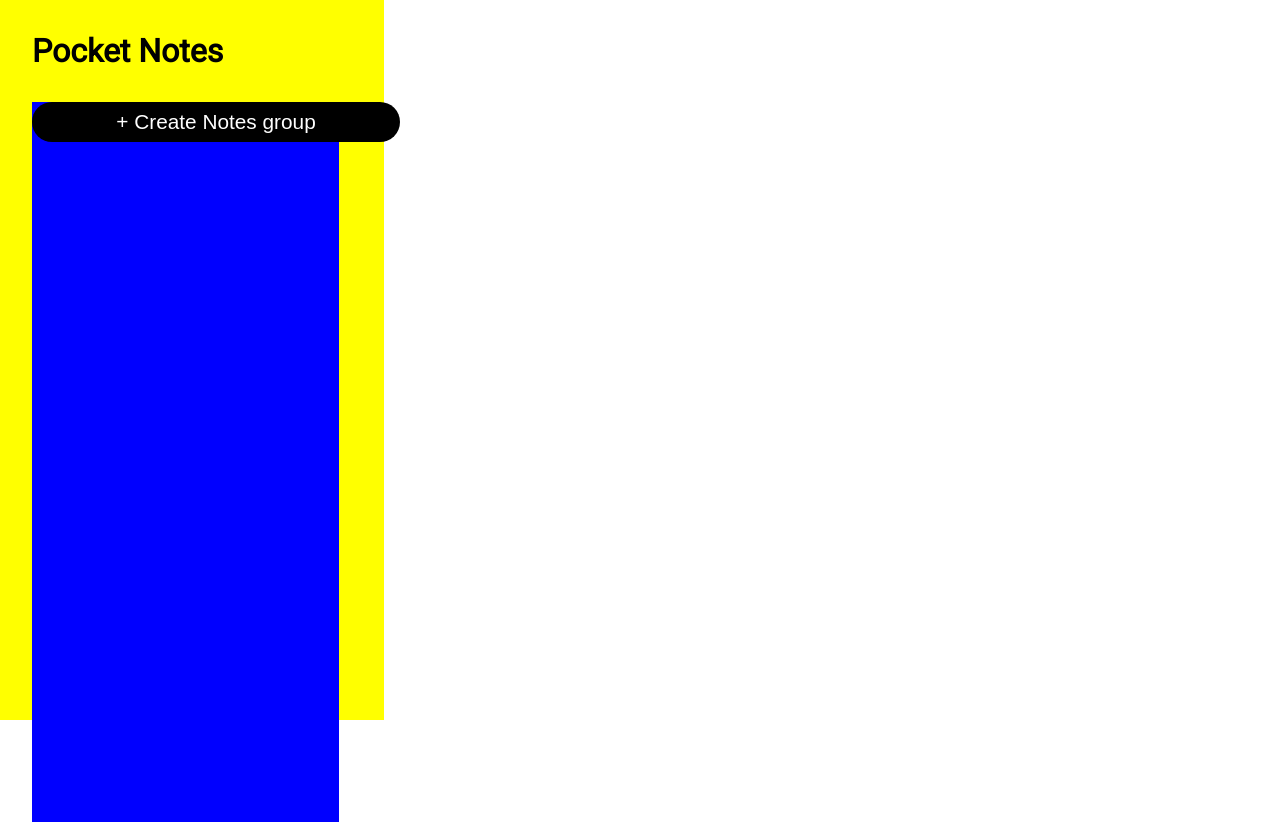
Repository: drumsmanku/react-module-test
Page: /
These files come from the project's save history. The page is drawn as it stood at one moment and after the next save; the edit follows.
The browser window is 1280 px wide. The pictures show the whole page.
The project was rebuilt for these pictures with package versions that can differ from the ones it lists, and the page was loaded fresh each time.

Above is the page before, as saved 2023-06-07 20:49:47.

### src/App.js
import './App.css';
import MainPage from './Components/MainPage';

function App() {
  return (
    <div className="App">
      <MainPage/>
    </div>
  );
}

export default App;

### src/Components/MainPage.js
import React from 'react';
import './MainPage.css';
import PopUp from './PopUp';
import { useEffect, useState } from 'react';

function MainPage() {
  const myGroups=JSON.parse(localStorage.getItem('group'));
  useEffect(()=>{
    console.log(myGroups)
  }, [])
  return (
    <div className='main-container'>
      <div className="first-compartment">
          <h1>Pocket Notes</h1>
          <div className='group-buttons'>
            <PopUp/>


          </div>
      </div>
      <div className="second-comartment">

      </div>
    </div>
  )
}

export default MainPage

### src/Components/MainPage.css
@import url('https://fonts.googleapis.com/css2?family=Roboto&display=swap');
body{
  font-family: 'Roboto';
}

.main-compartment{
  height: 100vh;
  width: 100vw;
}

.first-compartment{
  width: 30%;
  height: 100vh;
  background-color: yellow;
}

.first-compartment h1{
  margin: 0;
  text-align: left;
  padding: 2rem;
}
.group-buttons{
  height: inherit;
  width: 80%;
  background-color: blue;
  display: flex;
  flex-direction: column;
  align-items: flex-start;
  margin-left: 2rem;
}

### src/Components/PopUp.js
import React from "react";
import './PopUp.css'
import Popup from "reactjs-popup";
import "reactjs-popup/dist/index.css";
import { useState,useEffect } from "react";

function PopUp() {
  const [input, setInput]=useState("");
  const [group, setGroup] = useState([])
  const handleInputChange=(event)=>{
    setInput(event.target.value);
  }
  const handleButtonClick=()=>{
    setGroup([...group, input]);
    setInput('');
  }
  useEffect(() => {
    localStorage.setItem('group', JSON.stringify(group));
    const storedValue = localStorage.getItem('group');
    console.log(storedValue);
  }, [group]);

  return (
    <div>
      <Popup trigger={<button className="btn-1">+           Create Notes group </button>} modal nested>
        {(close) => (
          <div className="modal">
            <div className="content">Welcome to GFG!!!</div>
            <div>
              <button onClick={() => close()}>Close modal</button>
              <input type="text" onChange={handleInputChange} value={input} />
              <button onClick={handleButtonClick}>add</button>
            </div>
          </div>
        )}
      </Popup>
    </div>
  );
}

export default PopUp;

### src/Components/PopUp.css
@import url('https://fonts.googleapis.com/css2?family=Roboto&display=swap');

body{
  font-family: 'Roboto';
}

.btn-1{
  width: 23rem;
  height: 2.5rem;
  background-color: black;
  border: none;
  border-radius: 3rem;
  color: white;
  font-weight: 2rem;
  font-size: 1.3rem;
}

Loaded but not shown: public/index.html (common file); src/index.js (common file); src/index.css (common file); src/App.css (common file)

After the next save:
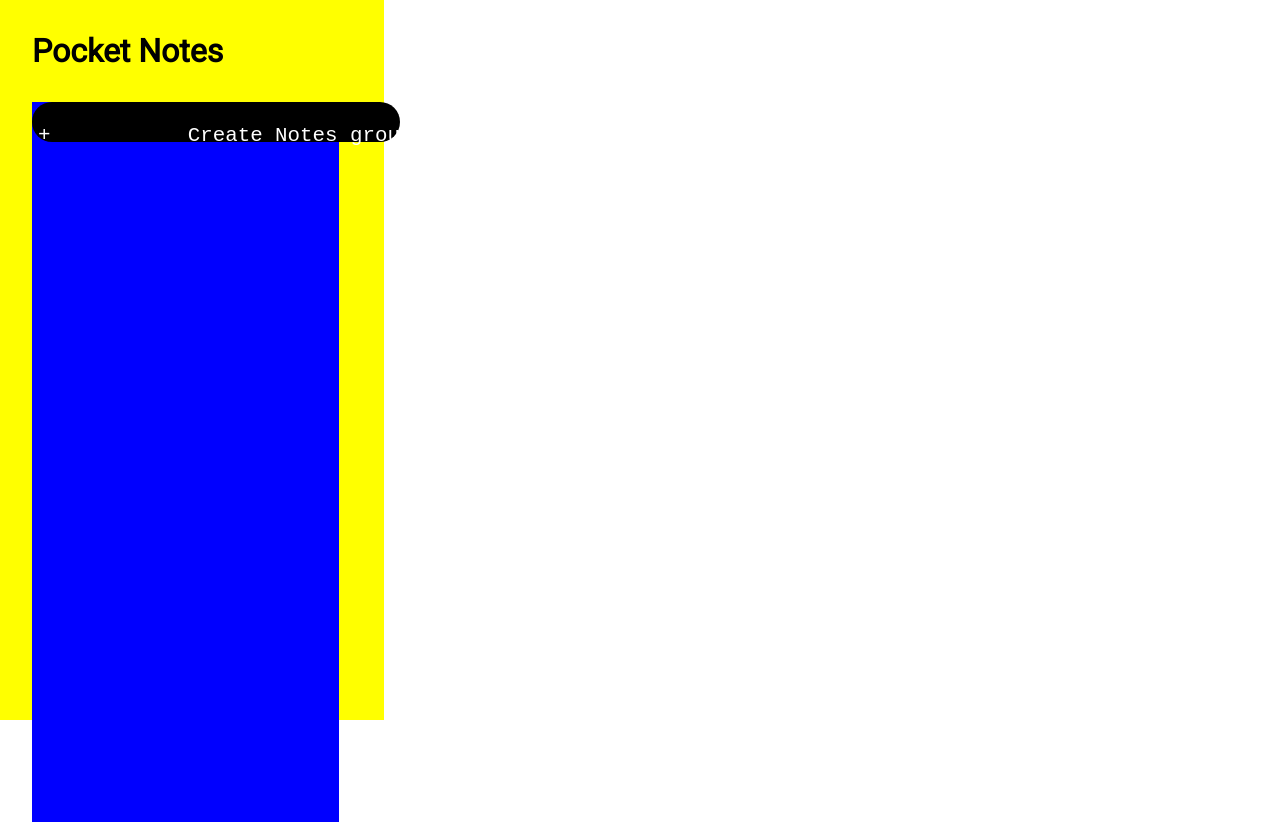
Saved 27 s later.
--- a/src/Components/PopUp.js
+++ b/src/Components/PopUp.js
@@ -22,7 +22,7 @@ function PopUp() {
 
   return (
     <div>
-      <Popup trigger={<button className="btn-1">+           Create Notes group </button>} modal nested>
+      <Popup trigger={<button className="btn-1"><pre>+           Create Notes group</pre> </button>} modal nested>
         {(close) => (
           <div className="modal">
             <div className="content">Welcome to GFG!!!</div>
